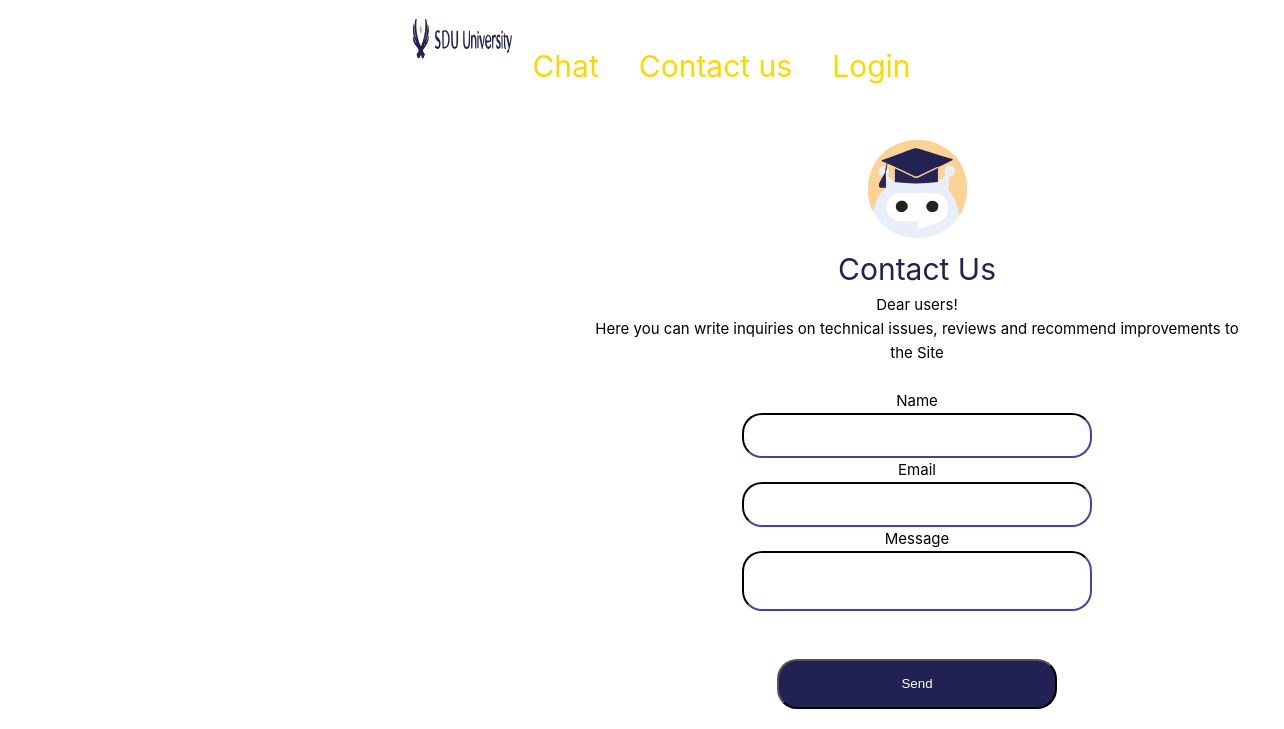
Repository: tolepbekova/Community_v.l
Page: /contact
These files come from the project's save history. The page is drawn as it stood at one moment and after the next save; the edit follows.
The browser window is 1280 px wide. The page is 1284 px wide, then 1280 px, so the pictures cover 1284 px, including what lies to the right of the window. The pictures show the whole page.
The project was rebuilt for these pictures with package versions that can differ from the ones it lists, and the page was loaded fresh each time. Also part of the build but not shown: vite.config.js, src/components/HelloWorld.vue, src/views/Login.vue. Imported but missing from the stored project, and not drawn on this page: src/views/Change.vue.

Above is the page before, as saved 2024-05-10 07:26:59.

### src/App.vue
<script setup>
import HelloWorld from './components/HelloWorld.vue'
import router from './router/index.js'
import './assets/base.css'
</script>

<template>
    <div id="app">

         <router-view />
    </div>

</template>

<style>
/* #app {
    display: flex;

}

#header {
    display: flex;
    width: 100%;
    flex-direction: column;
    align-items: center;
    justify-content: space-between;
    position: fixed;
    margin-left: 0px;
    margin-right: 0px;
    margin-top: 0px;
}

#header img {
    width: 218px;
    height: 77px;
}

#navbar {
    display: flex;
    align-items: center;
    justify-content: center;
}
span  {
    list-style: none;
    padding: 0 20px;
    text-decoration: none;
    font-size: 30px;
    color: rgba(33, 33, 83, 1);
    transition: 0.3s ease;
}

#navbar li :hover {
    color: rgb(237, 237, 167);
} */
</style>

### src/router/index.js
import Vue from 'vue'
import VueRouter from 'vue-router'
import Login from '../views/Login.vue'

Vue.use(VueRouter)

const router = new VueRouter({
  mode: 'history',
  base: import.meta.env.BASE_URL,
  routes: [
    {
      path: '/login',
      name: 'login',
      component: Login
    },
    {
      path: '/getstart',
      name: 'getstart',
      // route level code-splitting
      // this generates a separate chunk (About.[hash].js) for this route
      // which is lazy-loaded when the route is visited.
      component: () => import('../views/AboutView.vue')
    },
    {
      path: '/home',
      name: 'home',
      // route level code-splitting
      // this generates a separate chunk (About.[hash].js) for this route
      // which is lazy-loaded when the route is visited.
      component: () => import('../views/About.vue')
    },
    {
      path: '/sign',
      name: 'signin',
      component: () => import('../views/Signin.vue')
    },
    {
      path: '/contact',
      name: 'contact',
      component: () => import('../views/Contact.vue')
    },
    {
      path: '/auth',
      name: 'auth',
      component: () => import('../views/Auth.vue')
    },
    {
      path: '/change',
      name: 'change',
      component: () => import('../views/Change.vue')
    },

  ]
})

export default router

### src/assets/main.css
@import "./base.css";

#app {

  font-weight: normal;
}

a,
.green {
  text-decoration: none;
  color: hsla(160, 100%, 37%, 1);
  transition: 0.4s;
}

@media (hover: hover) {
  a:hover {
    background-color: hsla(160, 100%, 37%, 0.2);
  }
}

@media (min-width: 1024px) {
  body {
    display: flex;
    place-items: center;
  }

  #app {
    display: grid;
    grid-template-columns: 1fr 1fr;
    padding: 0 2rem;
  }
}

### src/assets/base.css
/* color palette from <https://github.com/vuejs/theme> */
:root {
  --vt-c-white: #ffffff;
  --vt-c-white-soft: #f8f8f8;
  --vt-c-white-mute: #f2f2f2;

  --vt-c-black: #181818;
  --vt-c-black-soft: #222222;
  --vt-c-black-mute: #282828;

  --vt-c-indigo: #2c3e50;

  --vt-c-divider-light-1: rgba(60, 60, 60, 0.29);
  --vt-c-divider-light-2: rgba(60, 60, 60, 0.12);
  --vt-c-divider-dadarkrk-1: rgba(84, 84, 84, 0.65);
  --vt-c-divider-dark-2: rgba(84, 84, 84, 0.48);

  --vt-c-text-light-1: var(--vt-c-indigo);
  --vt-c-text-light-2: rgba(60, 60, 60, 0.66);
  --vt-c-text-dark-1: var(--vt-c-white);
  --vt-c-text-dark-2: rgba(235, 235, 235, 0.64);
}

/* semantic color variables for this project */
:root {
  --color-background: var(--vt-c-white);
  --color-background-soft: var(--vt-c-white-soft);
  --color-background-mute: var(--vt-c-white-mute);

  --color-border: var(--vt-c-divider-light-2);
  --color-border-hover: var(--vt-c-divider-light-1);

  --color-heading: var(--vt-c-text-light-1);
  --color-text: var(--vt-c-text-light-1);

  --section-gap: 160px;
}

@media (prefers-color-scheme: dark) {
  :root {
    --color-background: var(--vt-c-black);
    --color-background-soft: var(--vt-c-black-soft);
    --color-background-mute: var(--vt-c-black-mute);

    --color-border: var(--vt-c-divider-dark-2);
    --color-border-hover: var(--vt-c-divider-dark-1);

    --color-heading: var(--vt-c-text-dark-1);
    --color-text: var(--vt-c-text-dark-2);
  }
}

*,
*::before,
*::after {
  box-sizing: border-box;
  margin: 0;
  position: relative;
  font-weight: normal;
}
html{
  padding: 0;
  margin: 0;
}
body {
  min-height: 10vh;
  padding: 0;
  margin: 0;
  transition: color 0.5s, background-color 0.5s;
  line-height: 1.6;
  font-family: Inter, -apple-system, BlinkMacSystemFont, 'Segoe UI', Roboto, Oxygen, Ubuntu,
    Cantarell, 'Fira Sans', 'Droid Sans', 'Helvetica Neue', sans-serif;
  font-size: 15px;
  text-rendering: optimizeLegibility;
  -webkit-font-smoothing: antialiased;
  -moz-osx-font-smoothing: grayscale;
}

### src/views/Contact.vue
<template>
    <div>
        <v-app id="header">
            <v-card color="grey lighten-4" flat height="100px" tile>
                <v-toolbar dense>

                  <router-link   to="/home"> <img class="logo" src="../assets/logo/log.svg"></router-link>

                    <v-spacer></v-spacer>

                    <span><router-link to="/getstart">Chat</router-link></span>
                        <span><router-link to="/contact">Contact us</router-link></span>
                        <span><router-link to="/auth">Login</router-link></span>


                </v-toolbar>
            </v-card>
        </v-app>
        <br><br><br>
        <div class="abrow">
            <br>
            <br>
            <div class="abcolu">
                <img src="../assets/logo/finalicon13_1.svg" alt="">
            </div>
            <div class="abcolu">
                <h1>Contact Us</h1>
                <div class="abp">
                    <p>Dear users!</p>
                    <p>Here you can write inquiries on technical issues, reviews and recommend improvements to the Site
                    </p>
                    <br>
                </div>
                <div class="inputs">
                    <form id="contactForm">
                        <label for="name">Name</label>
                        <br>
                        <input type="text" name="name" id="name" placeholder="">
                        <br>
                        <label for="mail">Email</label>
                        <br>
                        <input type="email" name="mail" id="mail" placeholder="">
                        <br>
                        <label for="message">Message</label>
                        <br>
                        <input type="text" name="message" id="message">
                        <br><br><br>
                        <button class="btn" @click="sendMessage">Send</button>
                    </form>
                </div>
            </div>
        </div>
    </div>
</template>

<script>
export default {
    name: 'HeaderSection' // You can name it as per your requirement
}
</script>

<style scoped>
h1 {
    color: rgba(33, 33, 83, 1);
}

#app {
    display: flex;

}

#header {
    display: flex;
    width: 100%;
    flex-direction: column;
    align-items: center;
    justify-content: space-between;
    position: fixed;
    margin-left: 0px;
    margin-right: 0px;
    margin-top: 0px;
    color:rgba(33, 33, 83, 1) ;
}

.logo {
    width: 270px;
    height: 77px;
}

#navbar {
    display: flex;
    align-items: center;
    justify-content: center;
}
span  {
    list-style: none;
    padding: 0 20px;
    text-decoration: none;
    font-size: 30px;
    color: rgba(33, 33, 83, 1);
    transition: 0.3s ease;
}

#navbar li :hover {
    color: rgba(33, 33, 83, 1);
}
h1 {
  color: rgba(33, 33, 83, 1);
}


.abrow {
  margin: 20px auto;
  display: block;
  text-align: center;
  margin-left: 550px;
}

.abcolu {
  margin: 0 auto;
  display: block;
  text-align: center;
}

img {
  max-width: 99px;
  max-height: 99px;
}



.abp {
    margin: 0 auto;
    display: block;
    width: 670px;
}

.icon {
    width: 24px;
    height: 24px;
}

.btn {
    background-color: rgba(33, 33, 83, 1);
    border-radius: 20px;
    width: 280px;
    height: 50px;
    color: #ffffff;
}

input {
    border-radius: 20px;
    width: 350px;
    height: 45px;
    border-color: rgba(33, 33, 83, 1);
}

a {
    color: gold;
}

.lbtn1 {
    margin: 0 auto;
    display: block;
    width: 266px;
    height: 48px;
    border-radius: 30px;
    color: rgba(33, 33, 83, 1);
    background-color: rgba(253, 211, 149, 1);
    border: none;
    font-size: 15px;
    font-family: Cambria, Cochin, Georgia, Times, 'Times New Roman', serif;
    font-weight: bold;

}

.lbtn2 {
    margin: 0 auto;
    display: block;
    width: 266px;
    height: 48px;
    border-radius: 30px;
    color: rgba(33, 33, 83, 1);
    background-color: rgba(253, 211, 149, 1);
    border: none;
    font-size: 15px;
    font-family: Cambria, Cochin, Georgia, Times, 'Times New Roman', serif;
    font-weight: bold;

}
#message {
    height: 60px;
}
</style>

Loaded but not shown: index.html (common file); src/main.js (common file)

After the next save:
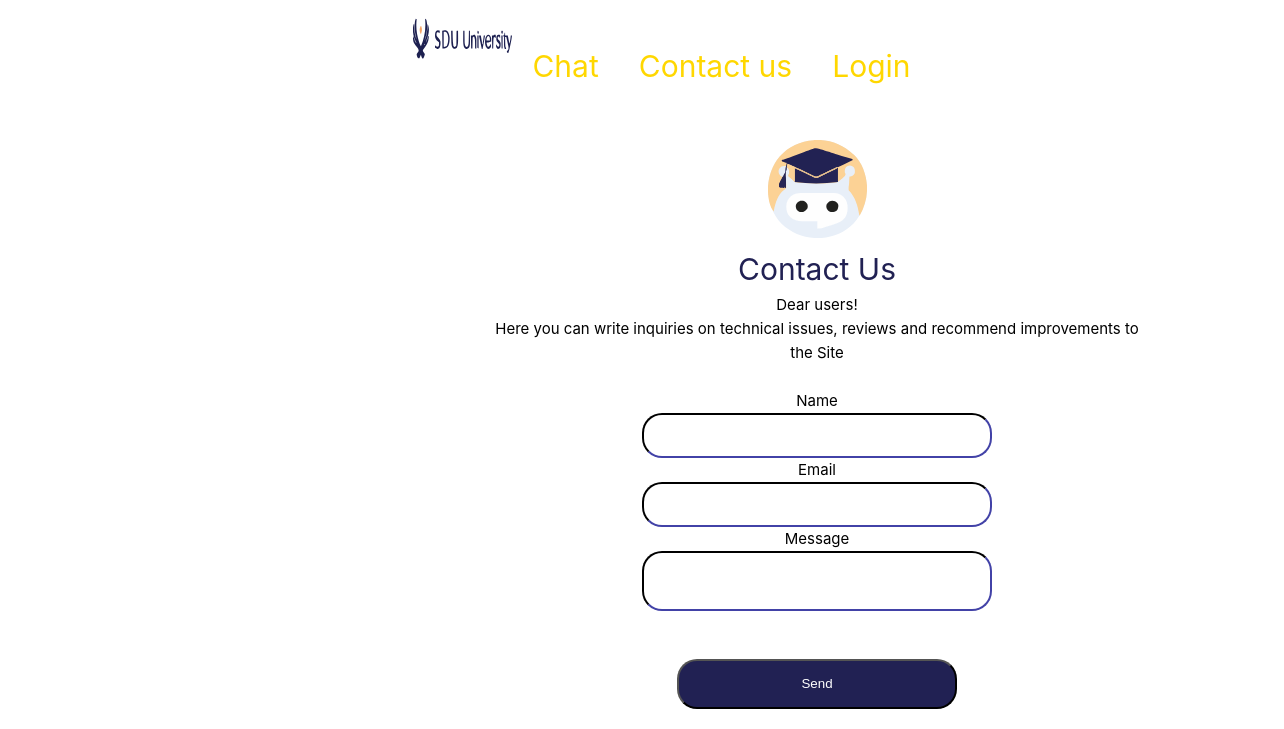
Saved 3 min 57 s later.
--- a/src/views/Contact.vue
+++ b/src/views/Contact.vue
@@ -113,7 +113,7 @@ h1 {
   margin: 20px auto;
   display: block;
   text-align: center;
-  margin-left: 550px;
+  margin-left: 450px;
 }
 
 .abcolu {
